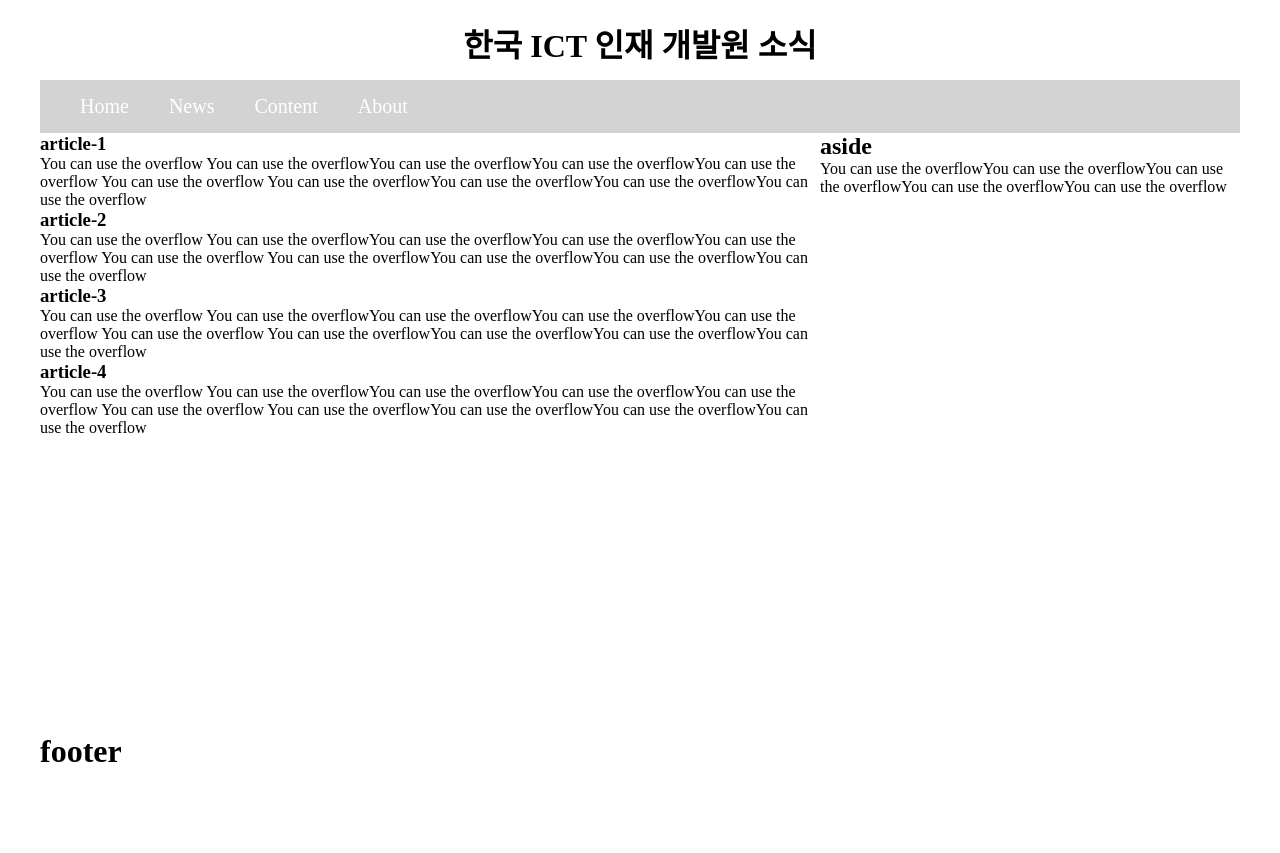
Repository: Kebiskim/2023_WebStudy
Page: 01_css/src/main/webapp/day02/Ex05_Layout_Float.html
These files come from the project's save history. The page is drawn as it stood at one moment and after the next save; the edit follows.
The browser window is 1280 px wide. The pictures show the whole page.

Above is the page before, as saved 2023-06-26 03:10:55.

After the next save:
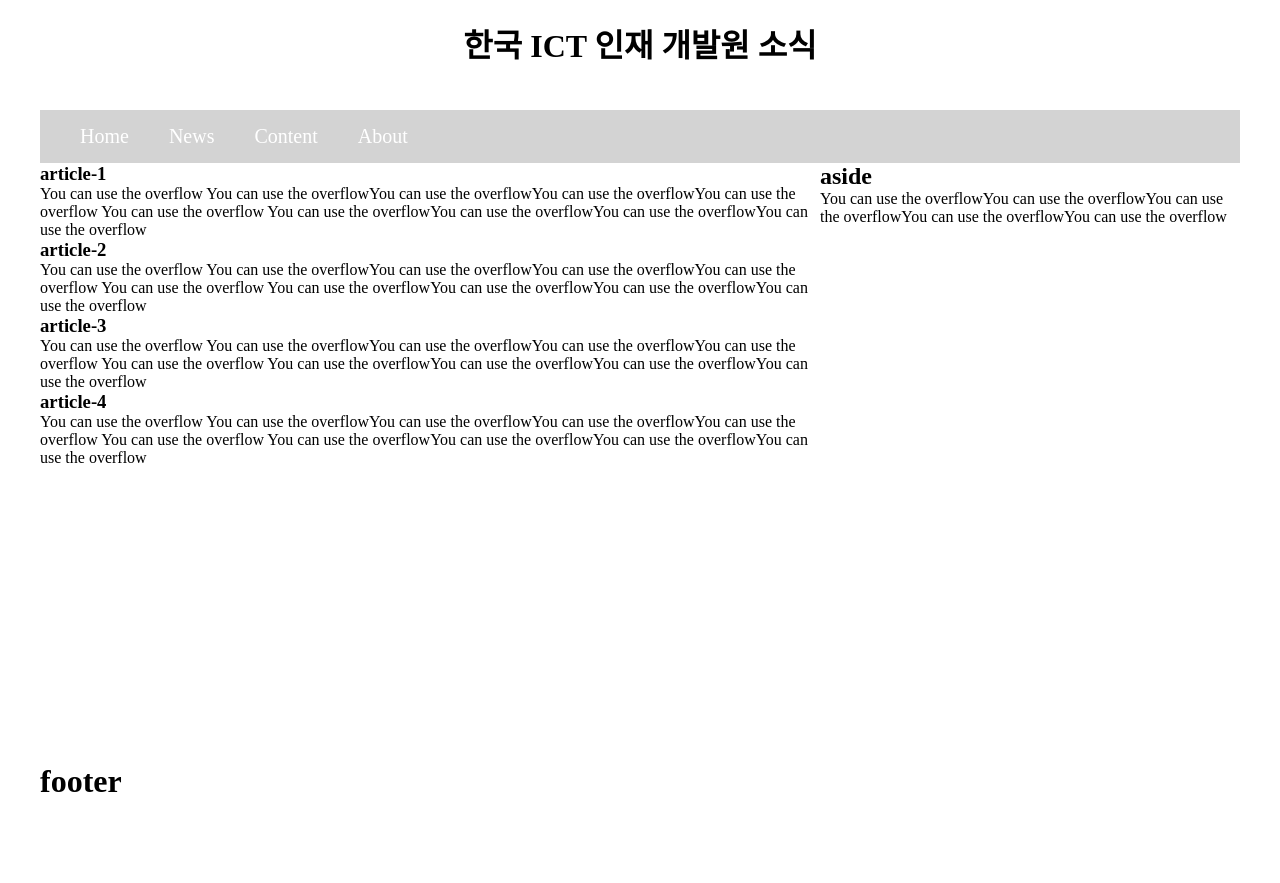
Saved 46 s later.
--- a/01_css/src/main/webapp/day02/Ex05_Layout_Float.html
+++ b/01_css/src/main/webapp/day02/Ex05_Layout_Float.html
@@ -17,6 +17,7 @@
 		width: 100%; /* 부모 요소의 너비와 같게. */
 		height: 60px;
 		text-align: center;
+		margin-bottom: 30px;
 	}
 	#contents{
 		width: 65%;

After the save that followed:
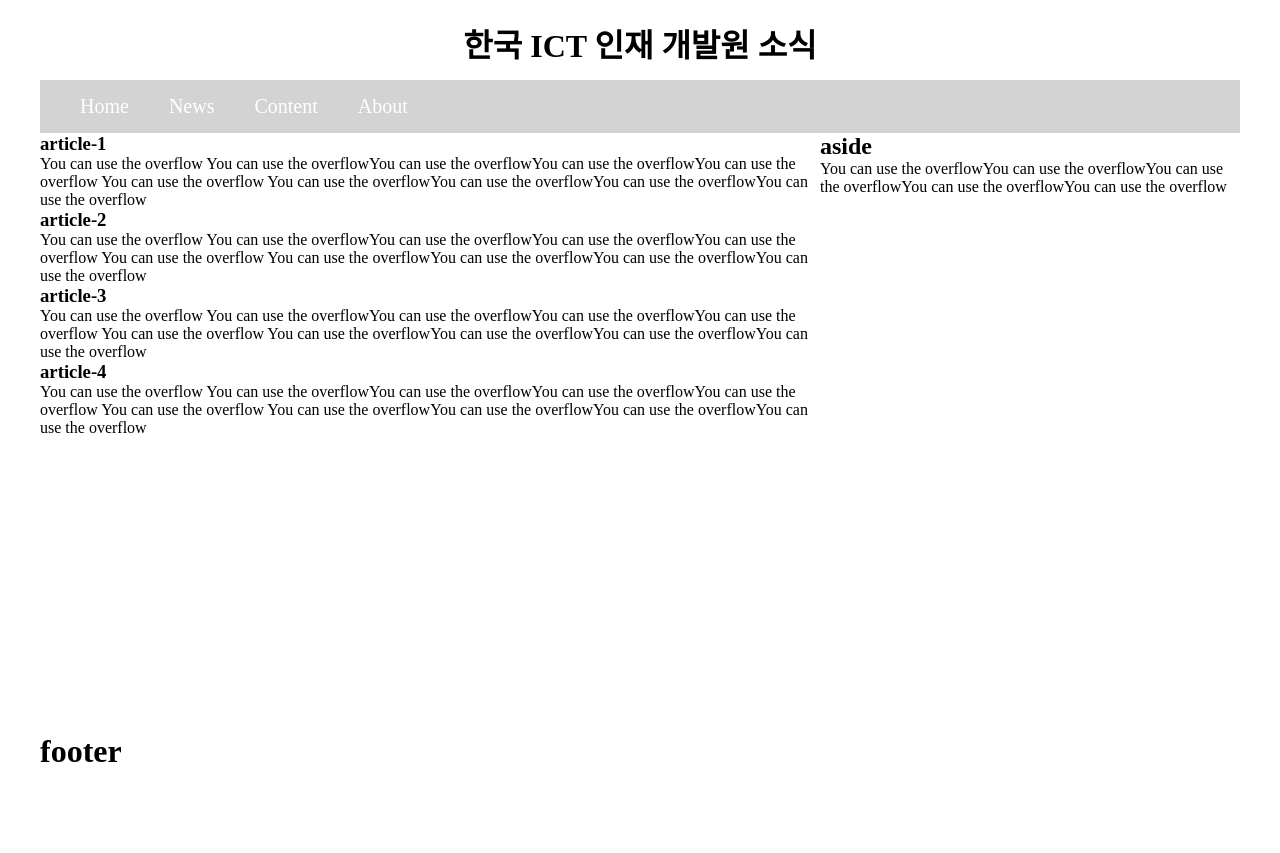
Saved 8 s later.
--- a/01_css/src/main/webapp/day02/Ex05_Layout_Float.html
+++ b/01_css/src/main/webapp/day02/Ex05_Layout_Float.html
@@ -17,7 +17,6 @@
 		width: 100%; /* 부모 요소의 너비와 같게. */
 		height: 60px;
 		text-align: center;
-		margin-bottom: 30px;
 	}
 	#contents{
 		width: 65%;
